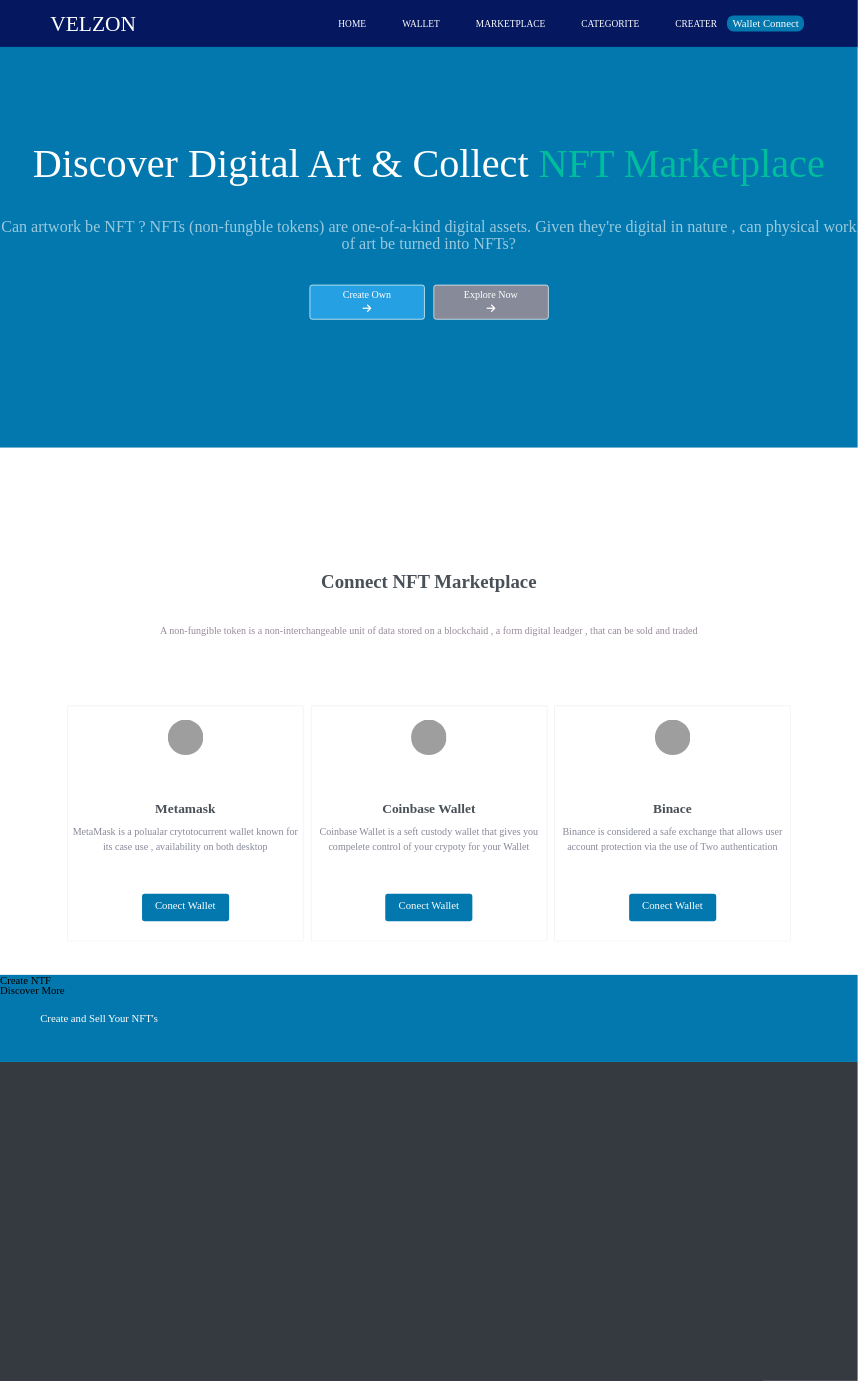
Repository: HuynhDuc23/Webvideodesgin
Page: index.html
These files come from the project's save history. The page is drawn as it stood at one moment and after the next save; the edit follows.
The browser window is 1280 px wide. The page is 1293 px wide, so the pictures cover 1293 px, including what lies to the right of the window. The pictures show the whole page, at 67% of full size.
Pictures or frames that could not be fetched are drawn as grey boxes. The style sheet was rebuilt from its Sass, Less or Tailwind sources for each picture, by a compiler version that may differ from the author's.

Above is the page before, as saved 2023-04-26 09:28:45.

### index.html
<!DOCTYPE html>
<html lang="en">
<head>
    <meta charset="UTF-8">
    <meta http-equiv="X-UA-Compatible" content="IE=edge">
    <meta name="viewport" content="width=device-width, initial-scale=1.0">
    <link rel="stylesheet" href="https://cdnjs.cloudflare.com/ajax/libs/font-awesome/6.4.0/css/all.min.css" integrity="sha512-iecdLmaskl7CVkqkXNQ/ZH/XLlvWZOJyj7Yy7tcenmpD1ypASozpmT/E0iPtmFIB46ZmdtAc9eNBvH0H/ZpiBw==" crossorigin="anonymous" referrerpolicy="no-referrer" />
    <link rel="stylesheet" href="./reset.css">
    <link rel="stylesheet" href="style.css">
    <title>LoadingPage</title>
</head>
<body>
    <div class="loadingpage">
     <div class="loadingpage__heading">
        <div class="loadingpage__header">
            <div class="loadingpage__left"><h4 class="loadingpage__content">VELZON</h4></div>
            <div class="loaddingpage__right">
                <ul class="loadingpage__list">
                    <li class="loadingpage__items"><h5 class="loadingpage__padding">Home</h5></li>
                    <li class="loadingpage__items"><h5 class="loadingpage__padding">Wallet</h5></li>
                    <li class="loadingpage__items"><h5 class="loadingpage__padding">MarketPlace</h5></li>
                    <li class="loadingpage__items"><h5 class="loadingpage__padding">categorite</h5></li>
                    <li class="loadingpage__items"><h5 class="loadingpage__padding">Creater</h5></li>
                </ul>
            </div>
        </div>
        <div class="loadingpage__mid">
            <div class="loadingpage__mid__content1">
                <h1 class="loadingpage__mid__content">Discover Digital Art
                     & Collect <span>NFT Marketplace</span></h1>
            </div>
            <div class="loadingpage__mid__content2">
                <div class="loadingpage__mid__content2__content">
                    <p class="loadingpage__mid__content2__para">
                        Can artwork be NFT ? NFTs (non-fungble tokens) are one-of-a-kind digital assets. Given they're  digital in nature , can physical work of art be turned into NFTs?
                    </p>
                </div>
                <div class="button__mid">
                    <div class="button">
                        <div class="button__1">Create Own
                         <i class="fa-solid fa-arrow-right icon"></i>
                        </div>
                     </div>
                     <div class="button" style="background-color: #878a99;">
                         <div class="button__1">Explore Now
                          <i class="fa-solid fa-arrow-right icon"></i>
                         </div>
                      </div>
                </div>
            </div>
        </div>
     </div>
    </div>
    <div class="loadingpage__mid__content__sub">
        <div class="loadingpage__mid__content__sub__1">
            <p class="connect">Connect NFT Marketplace</p>
            <p class="para">A non-fungible token is a non-interchangeable unit of data stored  on a blockchaid , a form digital leadger , that can be sold and traded</p>
        </div>
        <div class="box-list">
            <div class="box-items">
                <img src="https://images.unsplash.com/photo-1674574124345-02c525664b65?ixlib=rb-4.0.3&ixid=MnwxMjA3fDF8MHxwaG90by1wYWdlfHx8fGVufDB8fHx8&auto=format&fit=crop&w=1470&q=80" alt="" class="cartoon">
                 <div class="content__mid__para">
                    <span class="content__mid">Metamask</span>
                    <p class="paragrap__mid">MetaMask is a polualar crytotocurrent wallet known for its case use , availability on both desktop</p>
                 </div>
            </div>
            <div class="box-items">
                <img src="https://images.unsplash.com/photo-1564419429381-98dbcf916478?ixlib=rb-4.0.3&ixid=MnwxMjA3fDF8MHxwaG90by1wYWdlfHx8fGVufDB8fHx8&auto=format&fit=crop&w=399&q=80" alt="" class="cartoon">
                 <div class="content__mid__para">
                    <span class="content__mid">Coinbase Wallet</span>
                    <p class="paragrap__mid">Coinbase Wallet is a seft custody wallet that gives you compelete control of your crypoty for your Wallet</p>
                 </div>
            </div>
            <div class="box-items">
                <img src="https://images.unsplash.com/photo-1682249301375-5c7f5a286d8c?ixlib=rb-4.0.3&ixid=MnwxMjA3fDB8MHxwaG90by1wYWdlfHx8fGVufDB8fHx8&auto=format&fit=crop&w=774&q=80" alt="" class="cartoon">
                 <div class="content__mid__para">
                    <span class="content__mid">Binace</span>
                    <p class="paragrap__mid">Binance is considered  a safe exchange that allows user account protection via the use of Two authentication</p>
                 </div>
            </div>

        </div>
        <div class="final__loadingpage">
            <div class="final__loadingpage__1">
               <div class="para">
                <p class="para__1">Create and Sell Your NFT's</p>
               </div>
                <div class="box__two">
                    <div class="box__two__1">Create NTF</div>
                    <div class="box__two__1">Discover More </div>
                </div>
            </div>
            <div class="final__loadingpage__2">

            </div>
        </div>

    </div>
</body>
</html>

### style.scss
html {
    box-sizing: border-box;
}
*{
    font-size: 16.5rem;
    font-family: 'Segoe UI', Tahoma, Geneva, Verdana, sans-serif;
}
.loadingpage {
    &__heading {
        width: 100%;
        height: 668px;
      //  background-color: #0278ae;
        background-color:rgb(2,120,174);
        margin-bottom: 180px;
    }
    &__header {
        width: 100%;
        height: 70px;
        background-color: #05175f;
        display: flex ;
        justify-content: flex-start;
        align-items: center;
        position: relative;
    }
    &__left {
        padding:  27px 75px;
        cursor: pointer;
    }
    &__content {
        color: white;
        font-weight: 500;
        font-size: 14px;
        line-height: 21px;
        text-transform: uppercase;
        font-size: xx-large;
    }
    &__right {
        margin-left: 200px;
    }
    &__list {
        display: flex;
        align-items: center;
        padding-left: 200px;

        &:before {
            content: "Wallet Connect";
            padding: 4px 8px ;
            top: 50%;
            right: 80px;
            position: absolute;
            color: white;
            transform: translateY(-50%);
            background-color: rgb(2,120,174);
            cursor: pointer;
            border-radius: 10px ;
        }

    }
    &__items {
        padding: 27px;
        &:hover {
            color: #00bd9d;
            cursor: pointer;
            transition: 2s linear;
        }
    }
    &__padding {
       color: white;
       font-weight: 500;
       font-size: 14px;
       line-height: 21px;
       text-transform: uppercase;
       &:hover {
        color: #00bd9d;
        cursor: pointer;
    }
    }

    &__mid__content1 {
        padding-top: 167px;
        margin-bottom: 60px;
    }
    &__mid__content {
        position: relative;
        left: 50%;
        transform: translateX(-50%);
        color: white;
        font-size: 60px;
        // text-align: center;
        display: inline-block;
        line-height: 15px;
        &>span {
            display: inline-block;
            color: #00bd9d;
        }
    }
}
.loadingpage__mid__content2 {
     display: inline-block;
     position: relative;
     left: 50%;
     transform: translateX(-50%);
     &__content {
        padding-bottom: 50px;
     }
    &__para {
        color: #ffffff;
        line-height: 1;
        text-align: center;
        font-size:x-large;
        opacity: 0.6;

     }
}
.button__mid {
    display: flex;
    justify-content: center;
    align-items: center;
    margin-right: -13px;
}
.button {
    display: flex;
    width: 130px;
    height: 40px;
    background-color: #25a0e2;
    margin-right: 13px;
    border: 1px solid white;
    border-radius: 4px;
    position: relative;
    padding: 5px 20px;
    cursor: pointer;
    &:hover {
        opacity: 0.9;
    }
    &__1 {
        font-family: 'Times New Roman', Times, serif;
        font-size: 15px;
        display: inline-block;
       color:  white;
       text-align: center;
       font-weight: 500;
       position: absolute;
       top: 50%;
       left: 50%;
       transform: translate(-50%,-50%);
       line-height: 1.4;
    }
}
.loadingpage__mid__content__sub {

    width:100% ;
    height: 660px;
    background-color: white;
    &__1
    {
        padding: 0 200px;
        justify-content: center;
        align-items: center;
        padding-bottom: 100px;
        .connect {
            text-align: center;
            color: #495057;
            font-size: 28px;
            font-weight: 700;
            line-height: 42px;
            margin-bottom: 40px;
        }
        .para {
            font-size: 15px;
            line-height: 22.5px;
            text-align: center;
            font-size: 15px;
            color: #978a99;
        }
    }
}
.box-list {
    display: flex;
    justify-content: space-between;
    padding: 0 100px;
    align-items: center;
    .box-items {
        position: relative;
        width: 351px;
        height: 350px;
        background-color: white;
        border : 0.5px solid #eeee ;
        border-radius: 2px;
        display: flex;
        flex-direction: column;
        justify-content: flex-start;
        &:before {
            text-align: center;
            content: "Conect Wallet";
            position: absolute;
            width: 130px;
            height: 34px;
            background-color:rgb(2,120,174) ;
            color: white;
            left: 50%;
            transform: translateX(-50%);
            top: 80%;
            border-radius: 4px;
            padding: 7px 0px 0px 0px;
            line-height: 1.4;
            z-index: 2;
            cursor: pointer;
        }
        &:hover {
            cursor: pointer;
            opacity: 0.7;
            color: #ffffff;
        }



        .cartoon {
            margin-top: 20px;
            display: block;
            width: 53px;
            height: 53px;
            border-radius: 50%;
            margin-bottom: 70px;
            position: relative;
            left: 50%;
            transform: translateX(-50%);

        }
        .content__mid__para {
             text-align: center;
            .content__mid {
                 display: block;
                 color : #495057 ;
                 font-size: 20px;
                 font-weight: 600;
                 margin: 0 0 8px;
                // text-align: center;
                margin-bottom: 15px;
            }
            .paragrap__mid {

                color: #878a99;
                font-size: 15px;
                line-height: 1.4;

            }

        }
    }
}
.final__loadingpage {
    margin-top: 50px;
    width: 100%;
    height: 476px;
    background-color: white;
    &__1{
        display: flex;
        justify-content: space-between;
        width: 100%;
        height: 130px;
        background-color: rgb(2,120,174);
        position: relative;
        .para {
            margin-left: 30px;
            padding: 0 400px 0 30px;
            color: white;
            position: absolute;
            top: 50%;
            transform: translateY(-50%);
        }
    }
    &__2{
        width: 100%;
        height: 100%;
        background-color: #343a40;
    }
}

Loaded but not shown: reset.css (common file)

After the next save:
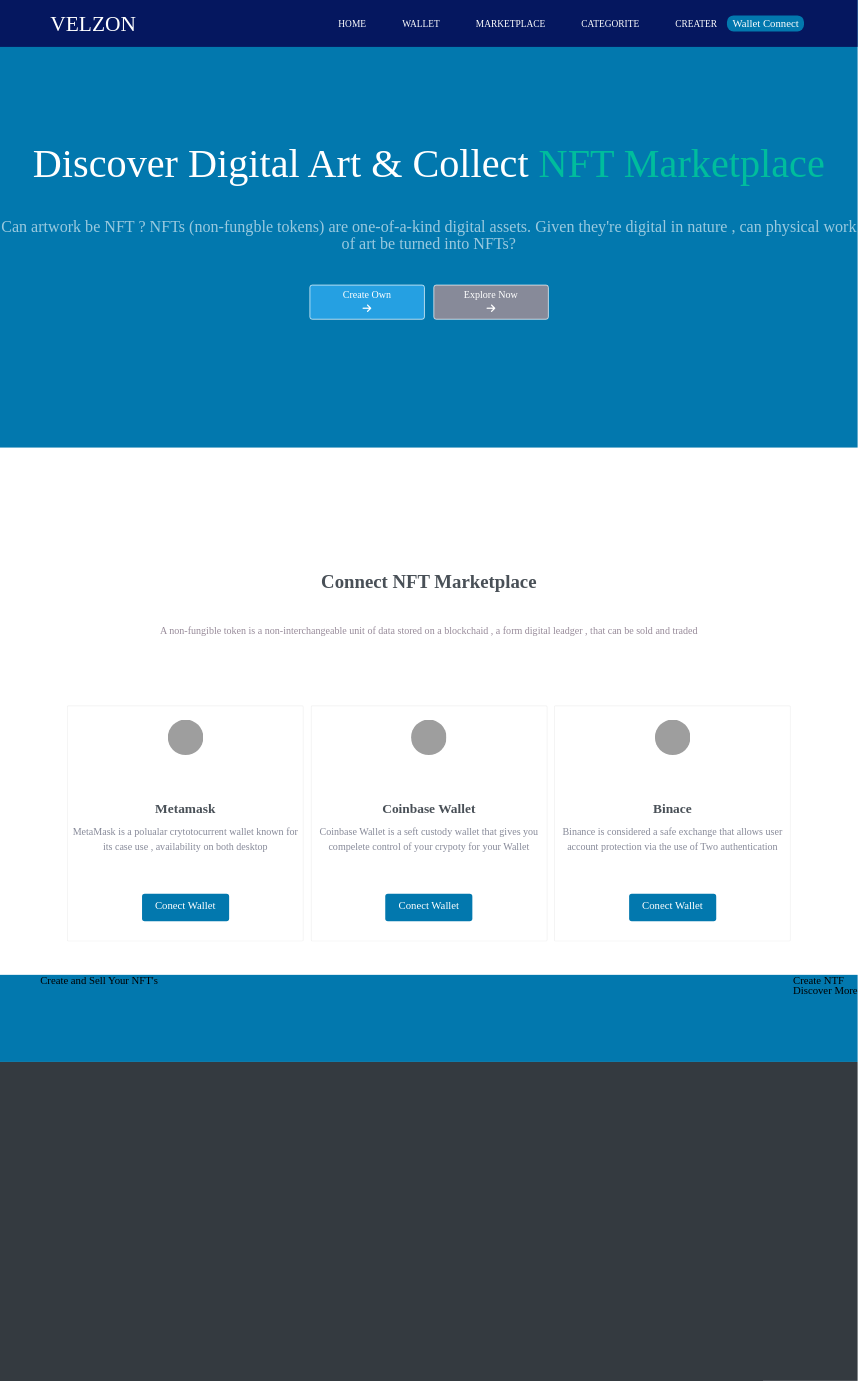
Saved 6 s later.
--- a/style.scss
+++ b/style.scss
@@ -259,14 +259,11 @@
         width: 100%;
         height: 130px;
         background-color: rgb(2,120,174);
-        position: relative;
         .para {
             margin-left: 30px;
             padding: 0 400px 0 30px;
-            color: white;
-            position: absolute;
-            top: 50%;
-            transform: translateY(-50%);
+
+
         }
     }
     &__2{
